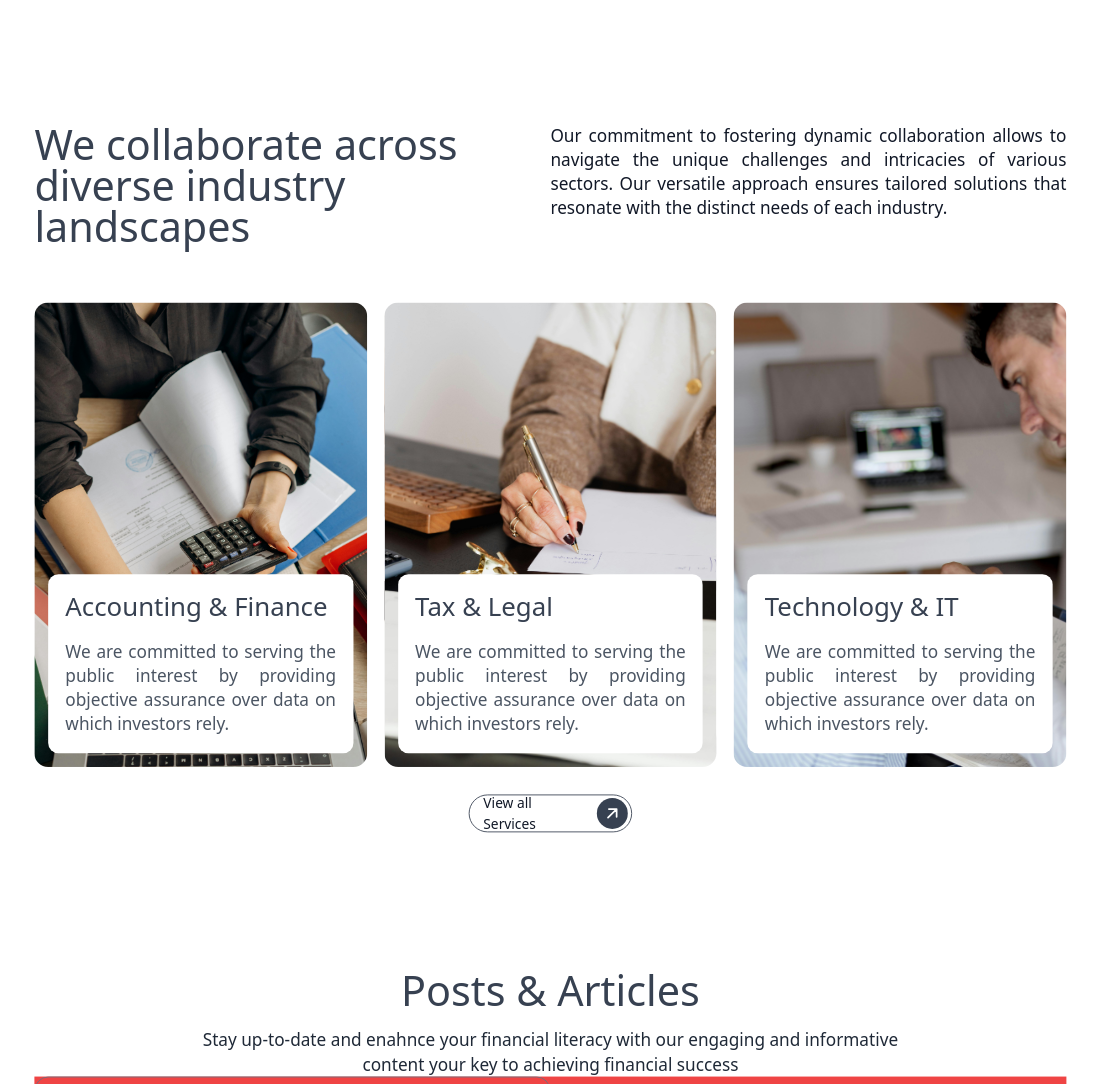
Repository: vespersolutionspk18/integrast-website
Page: /
These files come from the project's save history. The page is drawn as it stood at one moment and after the next save; the edit follows.
The browser window is 1280 px wide. The pictures show the part of the page from y = 794 to 2055 px (the page is 2426 px tall), at 86% of full size.
Pictures or frames that could not be fetched are drawn as grey boxes. The project was rebuilt for these pictures with package versions that can differ from the ones it lists, and the page was loaded fresh each time. The framework's server and built-in components were replaced by stand-ins that run in the browser. Also part of the build but not shown: next.config.ts.

Above is the page before, as saved 2024-12-09 16:56:30.

### app/layout.tsx
import type { Metadata } from "next";
import localFont from "next/font/local";
import "./globals.css";

const geistSans = localFont({
  src: "./fonts/GeistVF.woff",
  variable: "--font-geist-sans",
  weight: "100 900",
});
const geistMono = localFont({
  src: "./fonts/GeistMonoVF.woff",
  variable: "--font-geist-mono",
  weight: "100 900",
});

export const metadata: Metadata = {
  title: "Integra Strategy",
  description: "-",
};

export default function RootLayout({
  children,
}: Readonly<{
  children: React.ReactNode;
}>) {
  return (
    <html lang="en">
      <body
        className={`${geistSans.variable} ${geistMono.variable} antialiased`}
      >
        {children}
      </body>
    </html>
  );
}

### app/page.tsx
import Image from "next/image";
import Header from "./Header";
import Hero from "./Hero";
import Services from "./Services";
import Postsart from "./Postsart";

export default function Home() {
  return (
    <div>
      <Header />
      <Hero />
      <Services />
      <Postsart />
    </div>
  );
}

### app/Hero.tsx
import React from 'react'
import ButtonArrowwhite from "@/public/assets/buttonarrowwhite.svg";
import ButtonArrow from "@/public/assets/buttonarrow.svg";
const Hero = () => {
  return (
    <div className="flex flex-col p-10 ">
        <div className="flex flex-row mt-24 h-[190px] gap-5 ">
            <div className="w-[55%] flex flex-col">
                <h1 className="font-light font-sans text-6xl text-gray-600">Unlock Prosperity, <span className="text-gray-800">Choose Expert Guidance</span></h1>
                <h4 className="text-xl font-sans font-light text-gray-900 mt-6">Embark on a transformative journey to financial prosperity with our personalized accountancy services</h4>
            </div>
            <div className="w-[45%] flex flex-col justify-between ">
                <h4 className="text-xl text-justify font-light font-sans text-gray-900">Unlock tailored strategies, benefit from insightful guidances, and follow a clear pathway to achieve your financial success. Elevate your financial journey with our dedicated support and expertise. Contact us today to start your journey towards financial freedom.</h4>
                <div className="flex flex-row gap-5 pt-10">
                <div>
                <div id="button"
  className="group  bg-white h-[44px] flex-row border-[1px] border-gray-700 text-gray-900 text-[16px] py-1 px-1 font-light rounded-full hidden md:flex items-center justify-between w-[170px] transition-width duration-500 ease-in-out  hover:w-[195px] hover:bg-gray-700 hover:border-gray-700 hover:text-white hover:cursor-pointer "

>
  <div className="mx-3 font-sans font-regular">Get In Touch</div>
  <div className="bg-gray-700 rounded-full h-[36px] w-[36px] flex items-center justify-center transition-transform duration-500 ease-in-out group-hover:rotate-45">
    <ButtonArrowwhite className="h-[24px] w-[24px]" />
  </div>
            </div>
                </div>
                <div>
                <div id="button"
  className="group  bg-gray-700 h-[44px] flex-row border-[1px] border-gray-700 text-white text-[16px] py-1 px-1 font-light rounded-full hidden md:flex items-center justify-between w-[170px] transition-width duration-500 ease-in-out  hover:w-[195px] hover:bg-white hover:border-gray-700 hover:text-gray-700 hover:cursor-pointer "

>
  <div className="mx-3 font-sans font-regular">Get a Quote</div>
  <div className="bg-white rounded-full h-[36px] w-[36px] flex items-center justify-center transition-transform duration-500 ease-in-out group-hover:rotate-45 group-hover:border-[1px] group-hover:border-gray-700">
    <ButtonArrow className="h-[24px] w-[24px]" />
  </div>
            </div>
                </div>

                </div>
            </div>
        </div>


        <div className="flex flex-row h-[380px] gap-4 mt-16">
            <div className="w-[70%] transition-all duration-500 ease-in-out hover:w-[90%] rounded-2xl bg-cover bg-center" style={{backgroundImage: `url('/assets/heroimage3.jpg')`}}></div>
            <div className="w-[30%] transition-all duration-500 ease-in-out hover:w-[40%] flex flex-col justify-between ">
                <div className="w-full h-full rounded-2xl bg-cover bg-center" style={{backgroundImage: `url('/assets/heroimage4.jpg')`}}></div>
                <h5 className="font-sans text-gray-900 text-justify text-xl mt-3  font-light">Tailored solutions, expert guidance, and strategic planning to secure your wealth and achieve your financial goals seamlessly</h5>
            </div>
        </div>
    </div>
  )
}

export default Hero

### app/Services.tsx
import React from 'react'
import ButtonArrowwhite from "@/public/assets/buttonarrowwhite.svg";
import ButtonArrow from "@/public/assets/buttonarrow.svg";
const Services = () => {
  return (
    <div className="flex flex-col p-10 mt-16 items-center ">
        <div className="flex flex-row items-start justify-start ">
            <div className="w-1/2 font-sans font-light text-5xl text-gray-700">We collaborate across diverse industry landscapes</div>
            <div className="w-1/2 font-sans text-gray-900 text-justify text-xl  font-light">Our commitment to fostering dynamic collaboration allows to navigate the unique challenges and intricacies of various sectors. Our versatile approach ensures tailored solutions that resonate with the distinct needs of each industry.</div>
        </div>
        <div className="flex flex-row gap-5 mt-16">
            <div className="rounded-2xl w-1/3 h-[540px] bg-cover bg-center flex items-end  " style={{backgroundImage: `url('/assets/audit.jpg')`}}>
            <div className="group">
  <div className="bg-white m-4  rounded-[12px] flex flex-col relative transition-all duration-500 ease-in-out hover:pb-[120px] min-h-[180px]">
    <h5 className="ml-5 mt-5 mr-5 mb-5 font-sans text-3xl text-gray-700 font-light">
      Accounting & Finance
    </h5>
    <p className="ml-5 mr-5 mb-5 text-justify font-sans font-light text-xl text-gray-600">
      We are committed to serving the public interest by providing objective assurance over data on which investors rely.
    </p>
    {/* Hidden div */}
    <div className="absolute bottom-5 left-5 text-xl font-sans font-light  text-gray-600 px-4 py-2 rounded-md opacity-0 invisible transition-all duration-500 group-hover:opacity-100 group-hover:visible hover:text-black hover:cursor-pointer  hover:underline">
      Learn More
    </div>
  </div>
</div>

</div>
            <div className="rounded-2xl w-1/3 h-[540px] bg-cover bg-center flex items-end" style={{backgroundImage: `url('/assets/tax.jpg')`}}>
            <div className="group">
  <div className="bg-white m-4  rounded-[12px] flex flex-col relative transition-all duration-500 ease-in-out hover:pb-[120px] min-h-[180px]">
    <h5 className="ml-5 mt-5 mr-5 mb-5 font-sans text-3xl text-gray-700 font-light">
      Tax & Legal
    </h5>
    <p className="ml-5 mr-5 mb-5 text-justify font-sans font-light text-xl text-gray-600">
      We are committed to serving the public interest by providing objective assurance over data on which investors rely.
    </p>
    {/* Hidden div */}
    <div className="absolute bottom-5 left-5 text-xl font-sans font-light  text-gray-600 px-4 py-2 rounded-md opacity-0 invisible transition-all duration-500 group-hover:opacity-100 group-hover:visible hover:text-black hover:cursor-pointer  hover:underline">
      Learn More
    </div>
  </div>
</div>
</div>
            <div className="rounded-2xl w-1/3 h-[540px] bg-cover bg-center flex items-end" style={{backgroundImage: `url('/assets/tech.jpg')`}}>
            <div className="group">
  <div className="bg-white m-4  rounded-[12px] flex flex-col relative transition-all duration-500 ease-in-out hover:pb-[120px] min-h-[180px]">
    <h5 className="ml-5 mt-5 mr-5 mb-5 font-sans text-3xl text-gray-700 font-light">
      Technology & IT
    </h5>
    <p className="ml-5 mr-5 mb-5 text-justify font-sans font-light text-xl text-gray-600">
      We are committed to serving the public interest by providing objective assurance over data on which investors rely.
    </p>
    {/* Hidden div */}
    <div className="absolute bottom-5 left-5 text-xl font-sans font-light  text-gray-600 px-4 py-2 rounded-md opacity-0 invisible transition-all duration-500 group-hover:opacity-100 group-hover:visible hover:text-black hover:cursor-pointer  hover:underline">
      Learn More
    </div>
  </div>
</div>
</div>
        </div>
        <div className="mt-8">
                <div id="button"
  className="group  bg-white h-[44px] flex-row border-[1px] border-gray-700 text-gray-900 text-[16px] py-1 px-1 font-light rounded-full hidden md:flex items-center justify-between w-[190px] transition-width duration-500 ease-in-out hover:cursor-pointer  hover:w-[215px] hover:bg-gray-700 hover:border-gray-700 hover:text-white "

>
  <div className="mx-3 font-sans font-regular">View all Services</div>
  <div className="bg-gray-700 rounded-full h-[36px] w-[36px] flex items-center justify-center transition-transform duration-500 ease-in-out group-hover:rotate-45">
    <ButtonArrowwhite className="h-[24px] w-[24px]" />
  </div>
            </div>
                </div>
    </div>
  )
}

export default Services

### app/Postsart.tsx
import React from 'react'

const Postsart = () => {
  return (
    <div className="w-full flex flex-col p-10 items-center mt-20">
        <h2 className="text-5xl font-sans text-gray-700 font-light">Posts & Articles</h2>
        <p className="font-sans text-xl text-gray-800 font-light text-center mt-5">Stay up-to-date and enahnce your financial literacy with our engaging and informative<br></br>content your key to achieving financial success</p>
        <div className="flex flex-row gap-5 bg-red-500 w-full">
            <div className="flex flex-col rounded-2xl w-1/2 h-[340px] border-[1px] p-2 border-gray-500">
            <div className="w-full h-[240px] rounded-[8px] bg-cover bg-center" style={{backgroundImage: `url('/assets/heroimage3.jpg')`}}>asdasdadsasd</div>
            </div>
        </div>
    </div>
  )
}

export default Postsart

Loaded but not shown: app/globals.css (common file); app/Header.tsx (common file); tailwind.config.ts (common file)

After the next save:
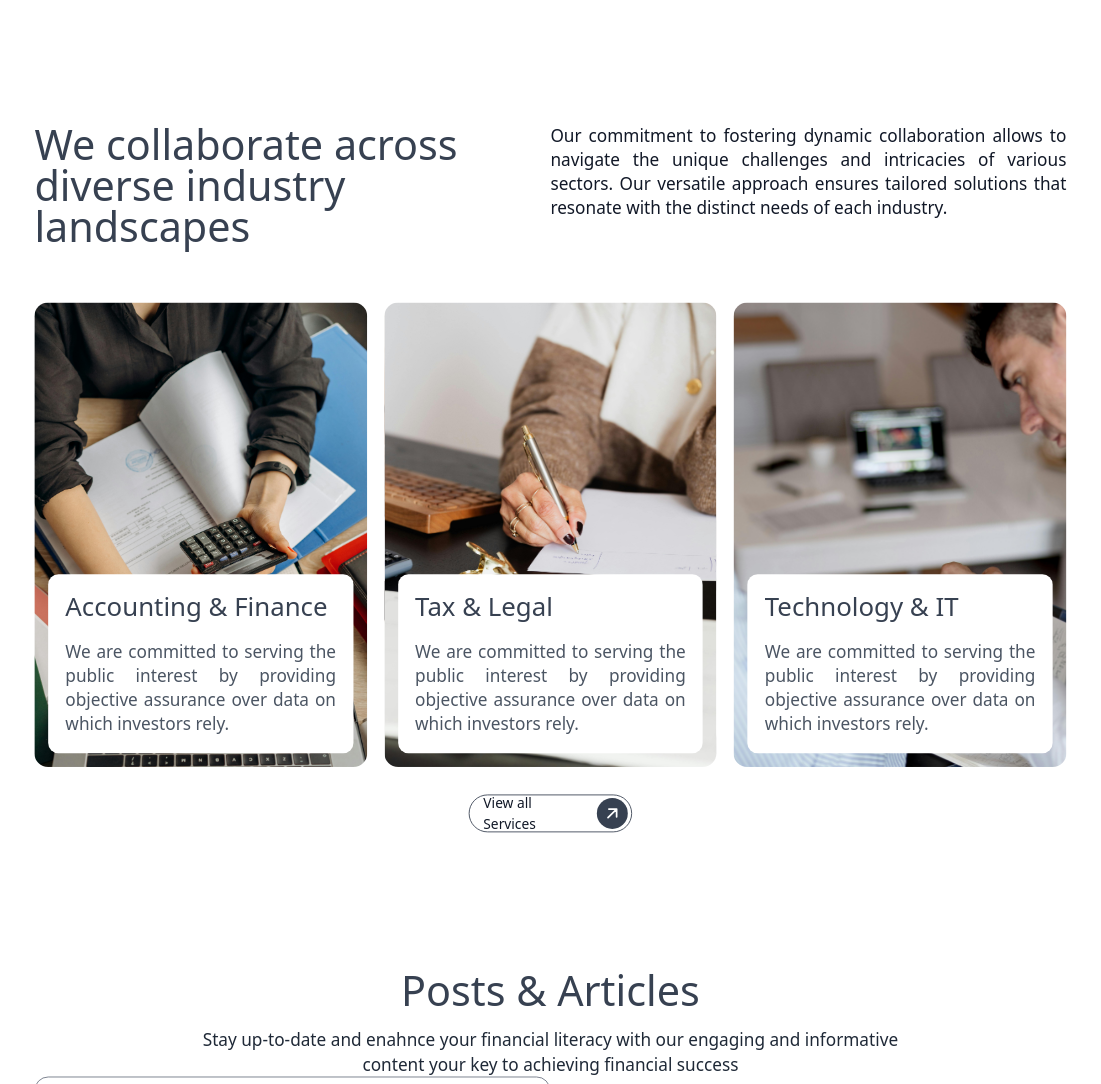
Saved 5 s later.
--- a/app/Postsart.tsx
+++ b/app/Postsart.tsx
@@ -5,7 +5,7 @@ const Postsart = () => {
     <div className="w-full flex flex-col p-10 items-center mt-20">
         <h2 className="text-5xl font-sans text-gray-700 font-light">Posts & Articles</h2>
         <p className="font-sans text-xl text-gray-800 font-light text-center mt-5">Stay up-to-date and enahnce your financial literacy with our engaging and informative<br></br>content your key to achieving financial success</p>
-        <div className="flex flex-row gap-5 bg-red-500 w-full">
+        <div className="flex flex-row gap-5 w-full">
             <div className="flex flex-col rounded-2xl w-1/2 h-[340px] border-[1px] p-2 border-gray-500">
             <div className="w-full h-[240px] rounded-[8px] bg-cover bg-center" style={{backgroundImage: `url('/assets/heroimage3.jpg')`}}>asdasdadsasd</div>
             </div>
